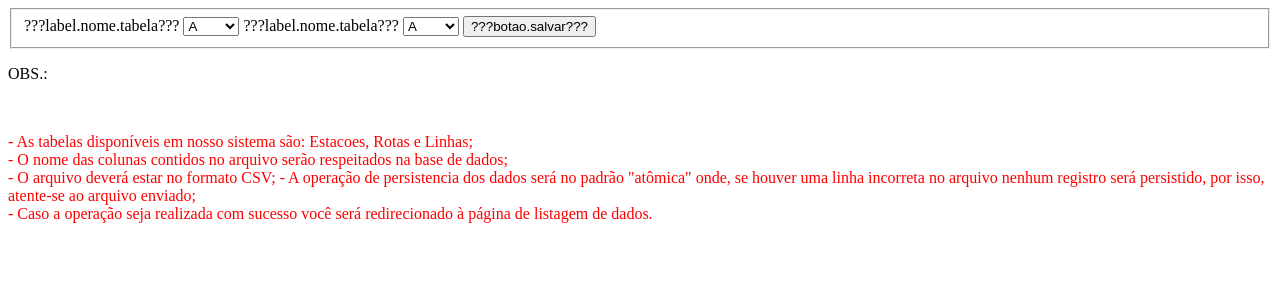
Repository: jonathansds/GIT_Metro-Londres
Page: http://localhost/Metro-Londres/WEB-INF/jsp/dados/trajeto.jsp
The author's editor kept a copy of each file at every save. The page is drawn from the files as they stood at one save, then again after the next save.
The browser window is 1280 px wide. The pictures show the whole page.
The page is served by Tomcat 9. Nobody is signed in. Other server files are loaded and not shown. The template is opened directly, without the code that normally fills it, so the values that code supplies are empty.

Above is the page before, as saved 2014-05-13 17:13:56.

### Workspace_Metro-Londres/Metro-Londres/WebContent/WEB-INF/jsp/dados/trajeto.jsp
<?xml version="1.0" encoding="ISO-8859-1" ?>
<%@ page language="java" contentType="text/html; charset=ISO-8859-1" pageEncoding="ISO-8859-1"%>
<%@taglib uri="http://java.sun.com/jsp/jstl/core" prefix="c"%>
<%@taglib uri="http://java.sun.com/jsp/jstl/fmt" prefix="fmt"%>

<!DOCTYPE html PUBLIC "-//W3C//DTD XHTML 1.0 Transitional//EN" "http://www.w3.org/TR/xhtml1/DTD/xhtml1-transitional.dtd">
<html xmlns="http://www.w3.org/1999/xhtml"
	xmlns:p="http://primefaces.org/ui">


	<body>
		<form action="<c:url value='/definir' />" method="post">
			<fieldset>
				<label for="estacao1"><fmt:message key='label.nome.tabela' /></label>
				<select id="estacao1" name="estacaoOrigem">
				    <option value="A">A</option>
				    <option value="B">A</option>
				    <option value="-">Other</option>
				</select>
				<label for="estacao2"><fmt:message key='label.nome.tabela' /></label>
				<select id="estacao2" name="estacaoDestino">
				    <option value="A">A</option>
				    <option value="B">A</option>
				    <option value="-">Other</option>
				</select>
			    <button type="submit" ><fmt:message key='botao.salvar' /></button>
			</fieldset>
		</form>
		<p>OBS.:</p><br />
		<p style="color: red">
			- As tabelas disponíveis em nosso sistema são: Estacoes, Rotas e Linhas; <br />
			- O nome das colunas contidos no arquivo serão respeitados na base de dados; <br/>
			- O arquivo deverá estar no formato CSV;
			- A operação de persistencia dos dados será no padrão "atômica" onde, se houver uma linha incorreta no arquivo nenhum registro será persistido, por isso, atente-se ao arquivo enviado; <br/>
			- Caso a operação seja realizada com sucesso você será redirecionado à página de listagem de dados.
		</p>
	</body>
</html>

After the next save:
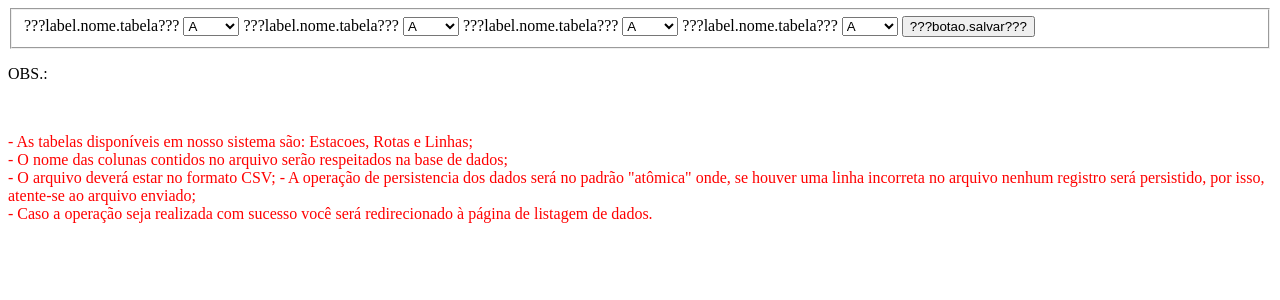
Saved 84 s later.
--- a/Workspace_Metro-Londres/Metro-Londres/WebContent/WEB-INF/jsp/dados/trajeto.jsp
+++ b/Workspace_Metro-Londres/Metro-Londres/WebContent/WEB-INF/jsp/dados/trajeto.jsp
@@ -17,8 +17,20 @@
 				    <option value="B">A</option>
 				    <option value="-">Other</option>
 				</select>
+				<label for="linha1"><fmt:message key='label.nome.tabela' /></label>
+				<select id="linha1" name="linhaOrigem">
+				    <option value="A">A</option>
+				    <option value="B">A</option>
+				    <option value="-">Other</option>
+				</select>
 				<label for="estacao2"><fmt:message key='label.nome.tabela' /></label>
 				<select id="estacao2" name="estacaoDestino">
+				    <option value="A">A</option>
+				    <option value="B">A</option>
+				    <option value="-">Other</option>
+				</select>
+				<label for="linha2"><fmt:message key='label.nome.tabela' /></label>
+				<select id="linha2" name="linhaDestino">
 				    <option value="A">A</option>
 				    <option value="B">A</option>
 				    <option value="-">Other</option>
